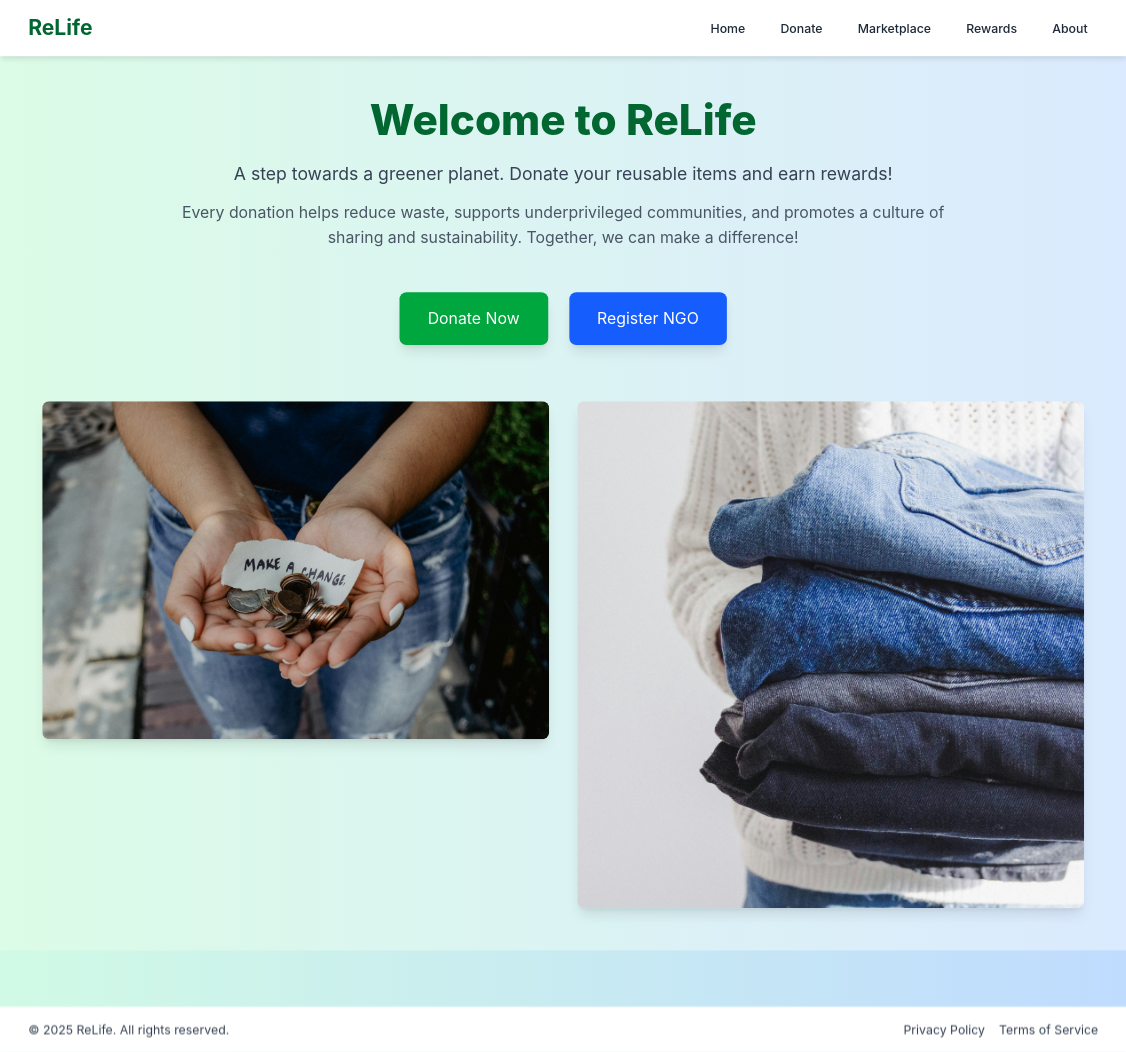
Repository: Harsh-verma24/edonation-drive
Page: / (app in frontend/)
These files come from the project's save history. The page is drawn as it stood at one moment and after the next save; the edit follows.
The browser window is 1280 px wide. The pictures show the whole page, at 88% of full size.
The project was rebuilt for these pictures with package versions that can differ from the ones it lists, and the page was loaded fresh each time. Also part of the build but not shown: frontend/vite.config.js, frontend/src/utils/axiosInstance.js, frontend/src/pages/Donate.jsx, frontend/src/pages/Rewards.jsx, frontend/src/pages/Marketplace.jsx, frontend/src/pages/About.jsx.

Above is the page before, as saved 2025-10-15 22:34:40.

After the next save:
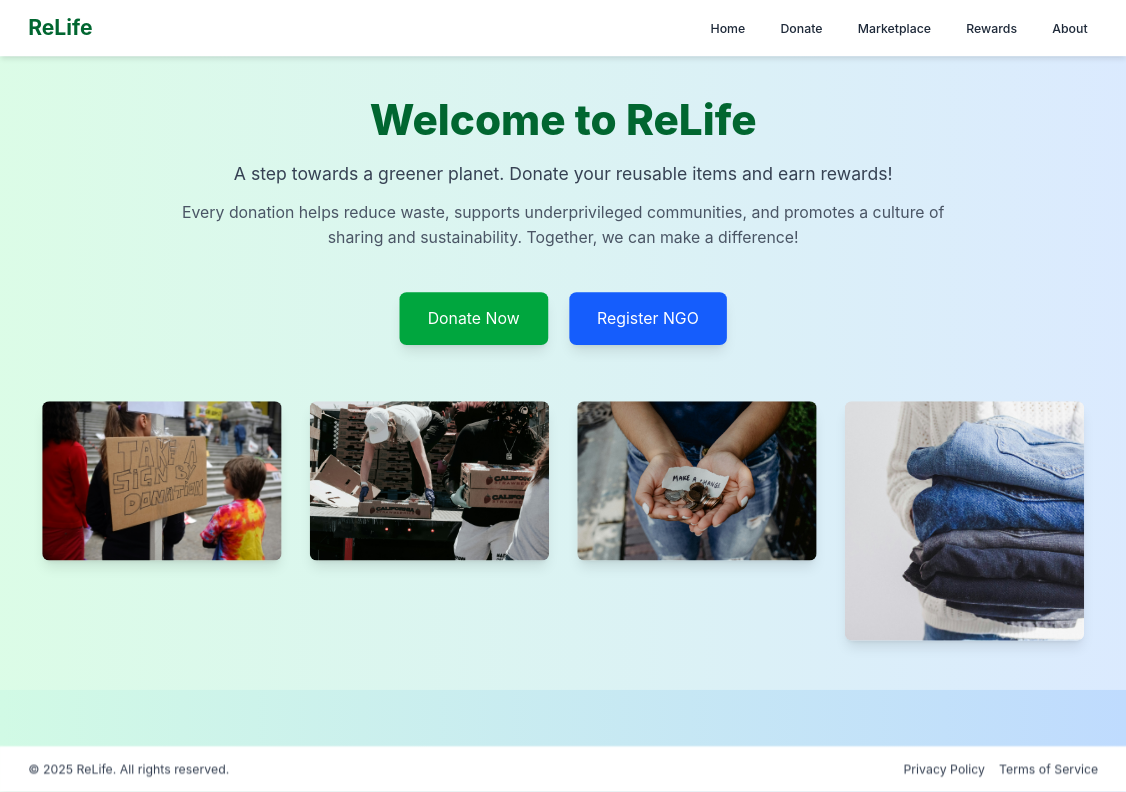
Saved 24 s later.
--- a/frontend/src/pages/Home.jsx
+++ b/frontend/src/pages/Home.jsx
@@ -22,7 +22,17 @@ const Home = () => {
           </a>
         </div>
       </div>
-      <div className="mt-16 grid grid-cols-1 md:grid-cols-2 gap-8">
+      <div className="mt-16 grid grid-cols-1 md:grid-cols-2 lg:grid-cols-4 gap-8">
+        <img
+          src="/Hero-1.jpg"
+          alt="Hero Image 1"
+          className="rounded-lg shadow-lg"
+        />
+        <img
+          src="/Hero-2.jpg"
+          alt="Hero Image 2"
+          className="rounded-lg shadow-lg"
+        />
         <img
           src="/katt-yukawa-K0E6E0a0R3A-unsplash.jpg"
           alt="Make a Change"
